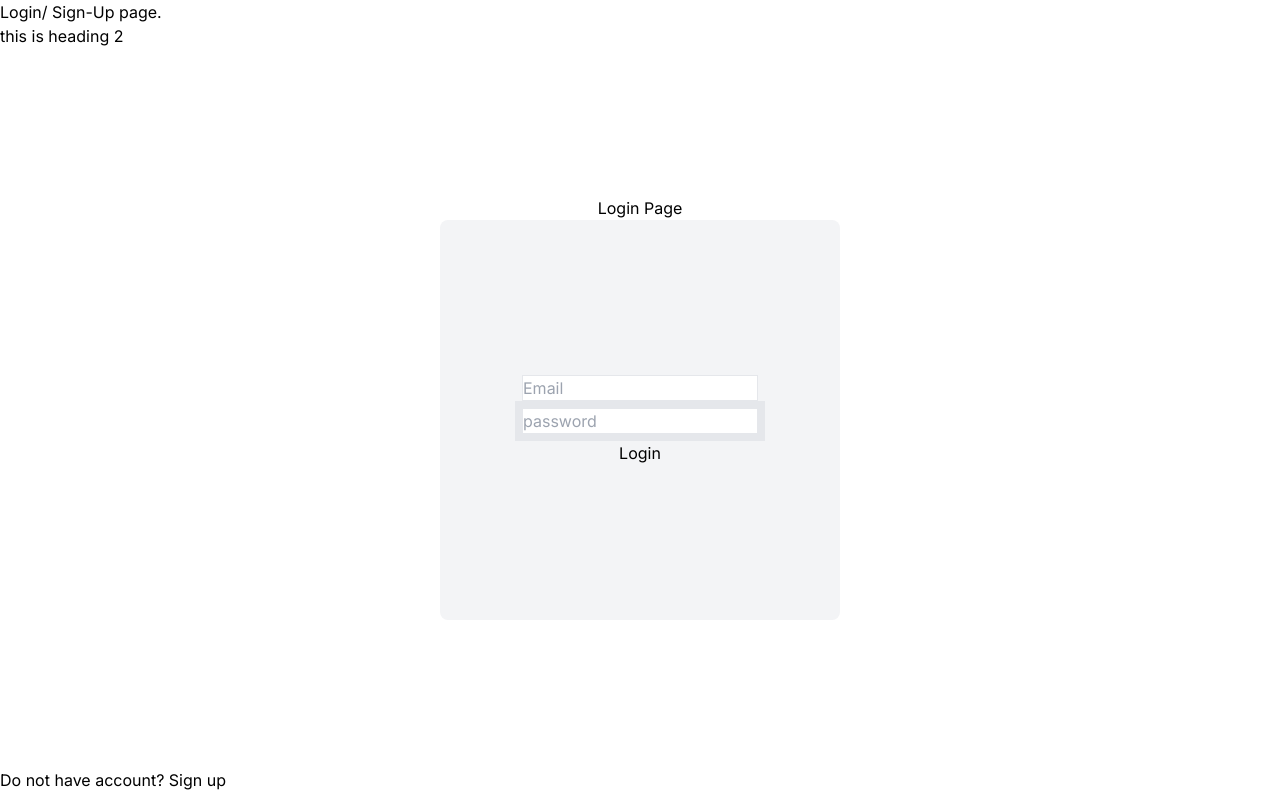
Repository: its-kundan/food-on-time
Page: /restaurant
The author's editor kept a copy of each file at every save. The page is drawn from the files as they stood at one save, then again after a run of saves.
The browser window is 1280 px wide. The pictures show the whole page.
The project was rebuilt for these pictures with package versions that can differ from the ones it lists, and the page was loaded fresh each time. The framework's server and built-in components were replaced by stand-ins that run in the browser. Also part of the build but not shown: next.config.mjs, src/app/_components/SignUp.jsx.

Above is the page before, as saved 2024-07-24 23:38:03.

### src/app/restaurant/page.js
/* disable eslint */
"use client"
import React from 'react'
import { useState } from 'react';

import Login from '@/app/_components/Login'
import Signup from '@/app/_components/Signup'

function Restaurant() {
    const [login,setLogin] = useState(true);
  return (
    <>
    <h1> Login/ Sign-Up page.</h1>
    <h2> this is heading 2</h2>
    {
        login?<Login/>:<Signup/>
    }


    <div>

    <button className="border-0 " onClick={()=>{setLogin(!login)}}>
      {login?"Do not have account? Sign up":"Already have an account? Login"}

    </button>
    </div>
    </>
  )
}

export default Restaurant

### src/app/_components/Login.jsx
import React from 'react'

function Login() {
  return (
    <>
    <div className='flex flex-col justify-center items-center h-screen w-screen'>

        <h3 className=''> Login  Page</h3>
        <div className='flex flex-col border-3 shadow-4 h-[400px] w-[400px] items-center justify-center bg-gray-100 dark:bg-gray-800 rounded-lg'>
        <input className='border ' type="email" placeholder="Email" />

        <input className='border-8' type="password" placeholder="password" />

        <button>Login</button>
        </div>
    </div>
    </>
  )
}

export default Login


// import React from 'react'

// function page() {
//   return (
//     <div>
//       <h1> Login page</h1>
//     </div>
//   )
// }

// export default page


// import { useState } from 'react';

// export default function LoginPage() {
//   const [email, setEmail] = useState('');
//   const [password, setPassword] = useState('');
//   const [isDarkMode, setIsDarkMode] = useState(false);

//   const handleLogin = () => {
//     // Handle login logic here
//     console.log('Logging in with:', { email, password });
//   };

//   const toggleDarkMode = () => {
//     setIsDarkMode(!isDarkMode);
//   };

//   return (
//     <div className={isDarkMode ? 'dark' : ''}>
//       <div className="min-h-screen flex items-center justify-center bg-gray-100 dark:bg-gray-900">
//         <div className="bg-white dark:bg-gray-800 p-6 rounded-lg shadow-lg w-full max-w-md">
//           <h2 className="text-2xl font-bold mb-6 text-gray-900 dark:text-white">Login</h2>
//           <div className="mb-4">
//             <label className="block text-gray-700 dark:text-gray-300 text-sm font-bold mb-2" htmlFor="email">
//               Email
//             </label>
//             <input
//               type="email"
//               id="email"
//               placeholder="Email"
//               value={email}
//               onChange={(e) => setEmail(e.target.value)}
//               className="shadow appearance-none border rounded w-full py-2 px-3 text-gray-700 dark:text-gray-300 dark:bg-gray-900 leading-tight focus:outline-none focus:shadow-outline"
//             />
//           </div>
//           <div className="mb-6">
//             <label className="block text-gray-700 dark:text-gray-300 text-sm font-bold mb-2" htmlFor="password">
//               Password
//             </label>
//             <input
//               type="password"
//               id="password"
//               placeholder="Password"
//               value={password}
//               onChange={(e) => setPassword(e.target.value)}
//               className="shadow appearance-none border rounded w-full py-2 px-3 text-gray-700 dark:text-gray-300 dark:bg-gray-900 leading-tight focus:outline-none focus:shadow-outline"
//             />
//           </div>
//           <div className="flex items-center justify-between">
//             <button
//               onClick={handleLogin}
//               className="bg-blue-500 hover:bg-blue-700 text-white font-bold py-2 px-4 rounded focus:outline-none focus:shadow-outline"
//             >
//               Login
//             </button>
//             <button
//               onClick={toggleDarkMode}
//               className="bg-gray-500 hover:bg-gray-700 text-white font-bold py-2 px-4 rounded focus:outline-none focus:shadow-outline"
//             >
//               {isDarkMode ? 'Light Mode' : 'Dark Mode'}
//             </button>
//           </div>
//         </div>
//       </div>
//     </div>
//   );
// }

Loaded but not shown: src/app/layout.js (common file); src/app/globals.css (common file); tailwind.config.js (common file)

After the next 3 saves:
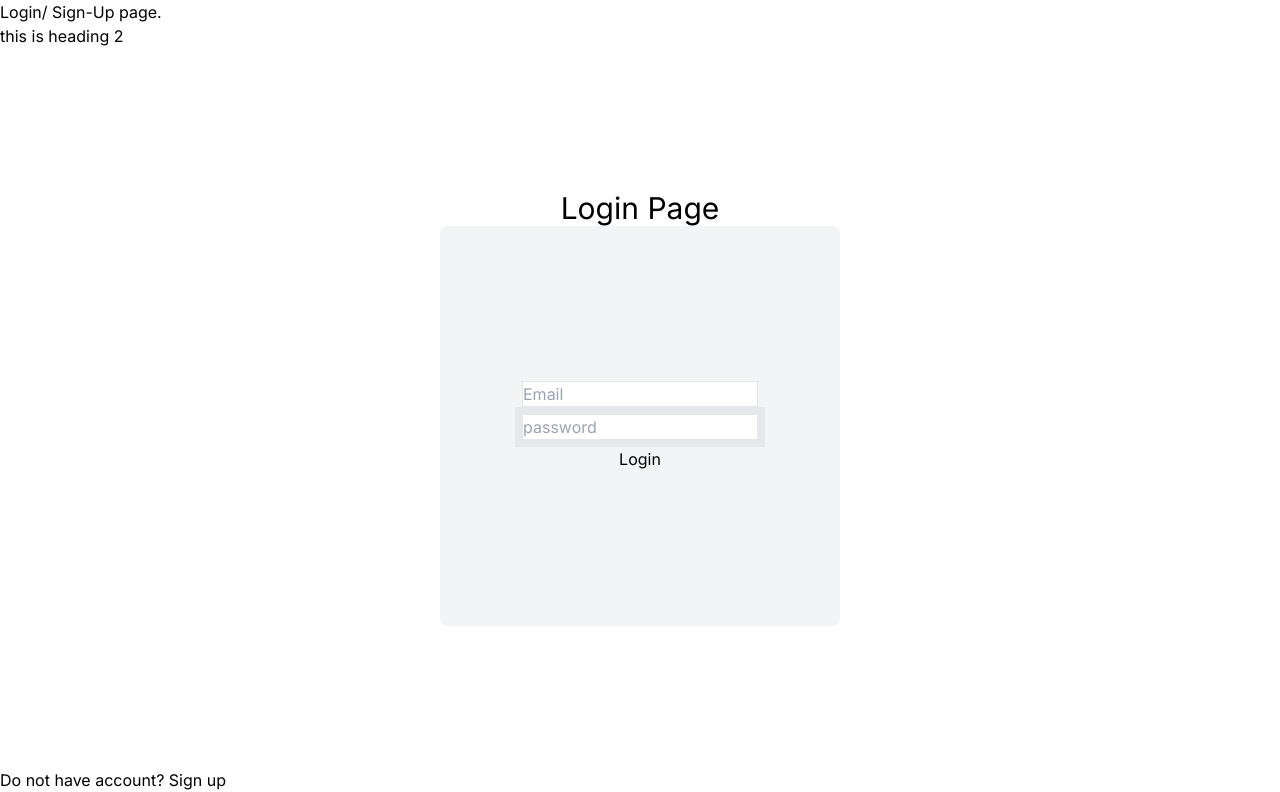
The 3 saves are shown as one change because they came seconds apart.
The last was saved 68 s later.
--- a/src/app/_components/Login.jsx
+++ b/src/app/_components/Login.jsx
@@ -5,7 +5,7 @@ function Login() {
     <>
     <div className='flex flex-col justify-center items-center h-screen w-screen'>
 
-        <h3 className=''> Login  Page</h3>
+        <h3 className='text-3xl'> Login  Page</h3>
         <div className='flex flex-col border-3 shadow-4 h-[400px] w-[400px] items-center justify-center bg-gray-100 dark:bg-gray-800 rounded-lg'>
         <input className='border ' type="email" placeholder="Email" />
 
